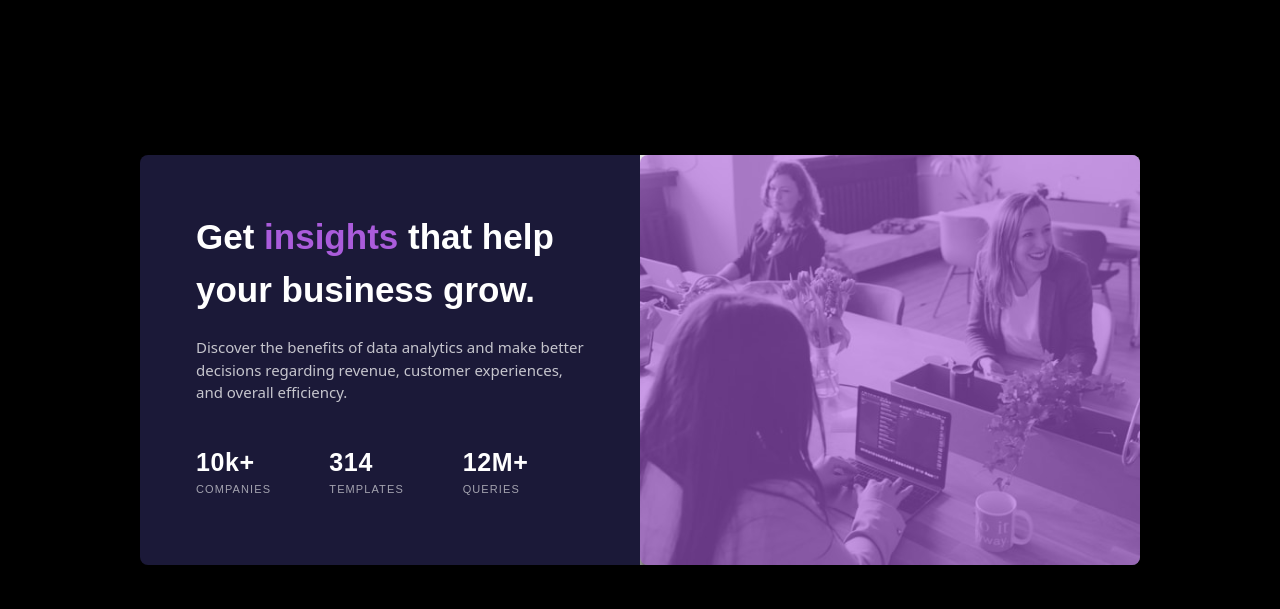
Repository: BerlinWebDev/FrontendMaster_PreviewMentor
Page: /
The author's editor kept a copy of each file at every save. The page is drawn from the files as they stood at one save, then again after a run of saves.
The browser window is 1280 px wide. The pictures show the whole page.
The project was rebuilt for these pictures with package versions that can differ from the ones it lists, and the page was loaded fresh each time.

Above is the page before, as saved 2023-11-11 20:33:54.

### src/index.css
@tailwind base;
@tailwind components;
@tailwind utilities;
@import url("https://fonts.google.com/specimen/Inter");
@import url("https://fonts.google.com/specimen/Lexend+Deca");

### src/App.js
import Statisic from "./Statisic";
import Image from "./assets/image-header-desktop.jpg";

function App() {
  return (
    <>
      <header>
        <title>Challenge</title>
        <meta name="description" content="Challenge" />
        <link rel="icon" href="/favicon.ico" />
      </header>
      <main className="flex min-h-screen flex-col items-center justify-center bg-black">
        <div className="flex h-[410px] w-[1000px] rounded-lg bg-[#1b1938]">
          <aside className="w-1/2  rounded-l-lg">
            <div className="p-14">
              <div className="text-[35px] text-white font-bold font-lexenddeca">
                Get <span className="text-[#aa5cdb]">insights</span> that help
                <br />
                your business grow.
              </div>
              <div className="mt-5">
                <p className="text-[#ffffffbf] font-Inter text-[15px]">
                  Discover the benefits of data analytics and make better
                  decisions regarding revenue, customer experiences, and overall
                  efficiency.
                </p>
              </div>
              <div className="mt-10 grid grid-cols-3 gap-3">
                <Statisic value="10k+" title="companies" />
                <Statisic value="314" title="Templates" />
                <Statisic value="12M+" title="Queries" />
              </div>
            </div>
          </aside>
          <aside className="w-1/2  rounded-lg relative">
            <div className="absolute inset-0 bg-[#aa5cdb] rounded-lg opacity-60"></div>
            <img
              className=" h-full w-full rounded-r-lg"
              src={Image}
              alt="Header-Desktop"
            />
          </aside>
        </div>
      </main>
    </>
  );
}

export default App;

### src/Statisic.jsx
import React from "react";

const Statisic = ({ value, title }) => {
  return (
    <div className="text-white font-lexenddeca">
      <div className="text-[25px] font-bold tracking-wide">{value}</div>
      <div className="uppercase text-[11px] font-light text-[#ffffff99] tracking-widest">
        {title}
      </div>
    </div>
  );
};

export default Statisic;

### tailwind.config.js
/** @type {import('tailwindcss').Config} */
module.exports = {
  content: ["./src/**/*.{js,jsx,ts,tsx}"],
  theme: {
    extend: {
      fontFamily: {
        inter: ["Inter", "sans-serif"],
        lexenddeca: ["Lexend Deca", "sans-serif"],
      },
    },
  },
  plugins: [],
};

Loaded but not shown: public/index.html (common file); src/index.js (common file)

After the next 2 saves:
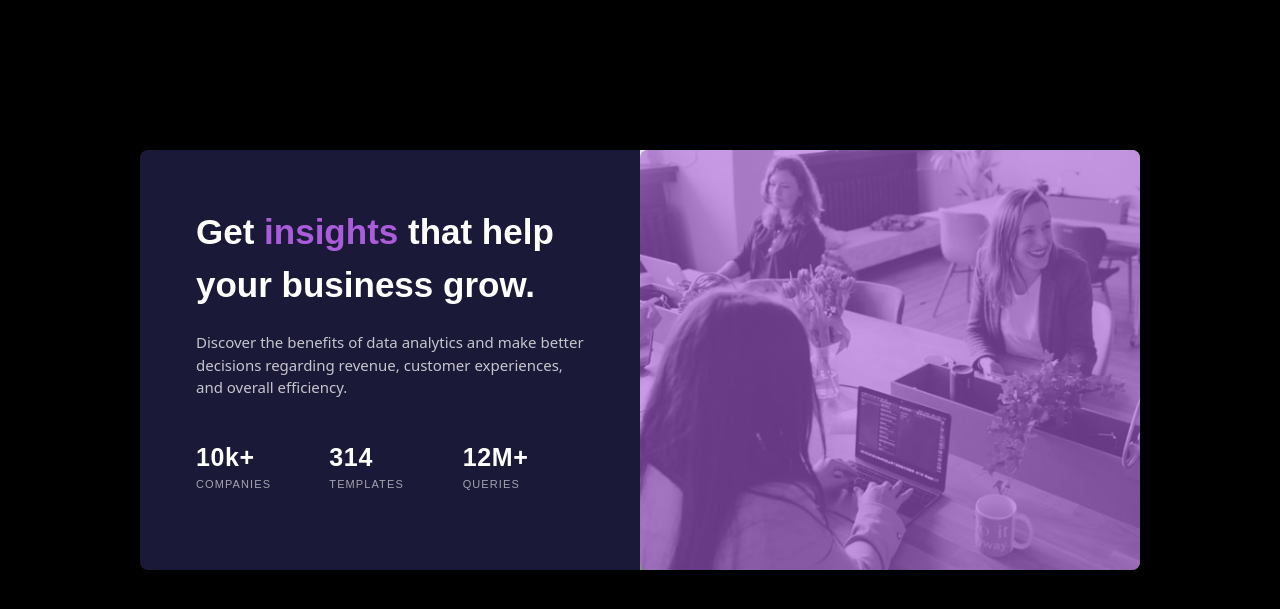
The 2 saves are shown as one change because they came seconds apart.
The last was saved 9 s later.
--- a/src/App.js
+++ b/src/App.js
@@ -10,7 +10,7 @@ function App() {
         <link rel="icon" href="/favicon.ico" />
       </header>
       <main className="flex min-h-screen flex-col items-center justify-center bg-black">
-        <div className="flex h-[410px] w-[1000px] rounded-lg bg-[#1b1938]">
+        <div className="flex h-[420px] w-[1000px] rounded-lg bg-[#1b1938]">
           <aside className="w-1/2  rounded-l-lg">
             <div className="p-14">
               <div className="text-[35px] text-white font-bold font-lexenddeca">
